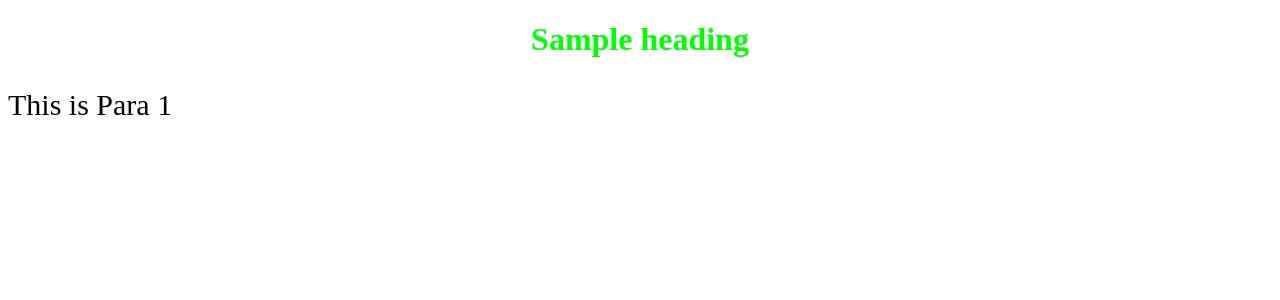
Repository: jbn-aman/wiprobatch1
Page: project/work/html/mywebapp/public/pages/cssdemo.html
These files come from the project's save history. The page is drawn as it stood at one moment and after the next save; the edit follows.
The browser window is 1280 px wide. The pictures show the whole page.

Above is the page before, as saved 2024-04-01 12:03:03.

After the next save:
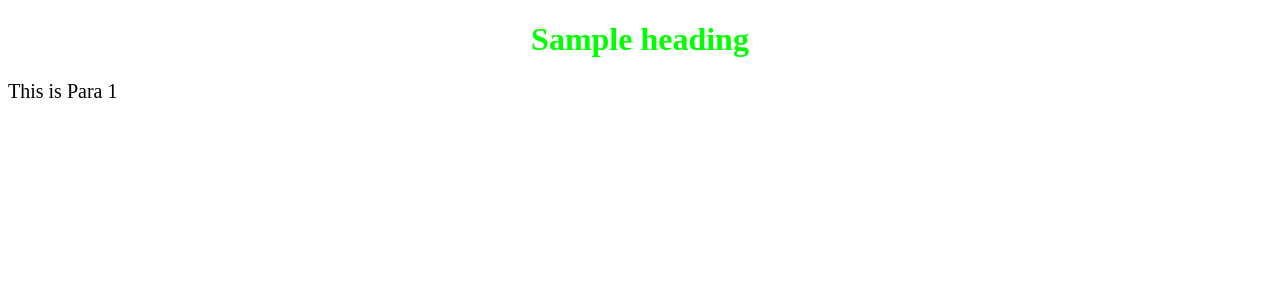
Saved 7 s later.
--- a/project/work/html/mywebapp/public/pages/cssdemo.html
+++ b/project/work/html/mywebapp/public/pages/cssdemo.html
@@ -12,7 +12,7 @@ h1 {
 }
 
 p {
-	font-size :30px;
+	font-size :20px;
   	}
 </style>
 
